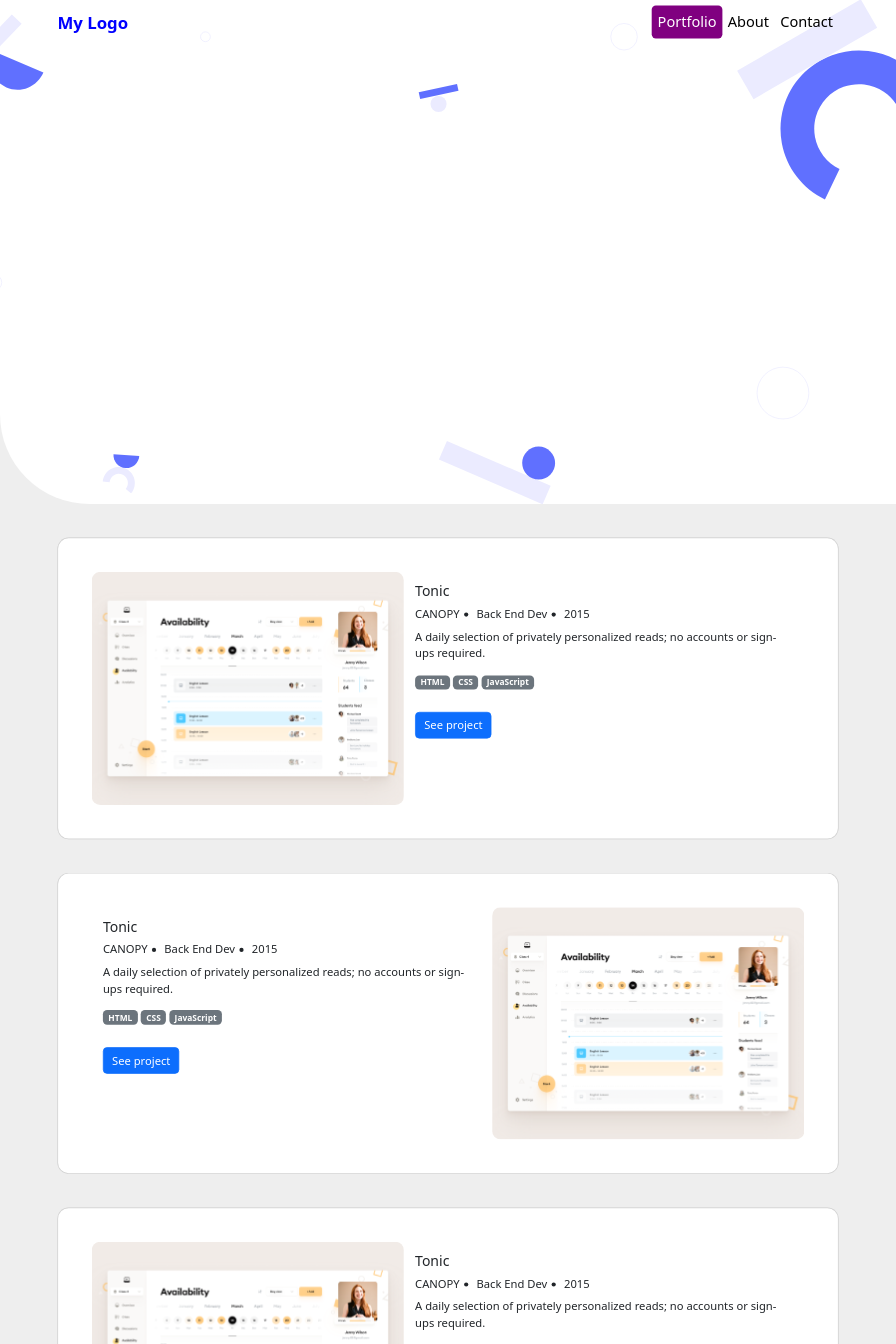
Repository: waelelsafty07/Bootstrap-Portfolio
Page: index.html
The author's editor kept a copy of each file at every save. The page is drawn from the files as they stood at one save, then again after the next save.
The browser window is 1280 px wide. The pictures show the part of the page from y = 0 to 1920 px (the page is 2682 px tall), at 70% of full size.

Above is the page before, as saved 2023-04-04 17:42:12.

### index.html
<!DOCTYPE html>
<html lang="en">
<head>
    <meta charset="UTF-8">
    <meta http-equiv="X-UA-Compatible" content="IE=edge">
    <meta name="viewport" content="width=device-width, initial-scale=1.0">
    <title>Portfolio</title>
    <link rel="stylesheet" href="css/bootstrap.min.css"/>
    <link rel="stylesheet" href="styles.css"/>
</head>
<body>
    <header>
        <nav id="navbar" class="navbar fixed-top navbar-expand-lg navbar-light">
            <div class="container">
              <a class="navbar-brand" href="#">My Logo</a>
              <button class="navbar-toggler" type="button" data-bs-toggle="collapse" data-bs-target="#navbarNav" aria-controls="navbarNav" aria-expanded="false" aria-label="Toggle navigation">
                <span class="navbar-toggler-icon"></span>
              </button>
              <div class="collapse navbar-collapse flex-row-reverse" id="navbarNav">
                <ul class="navbar-nav nav-pills">
                  <li class="nav-item">
                    <a class="nav-link active" aria-current="page" href="#works">Portfolio</a>
                  </li>
                  <li class="nav-item">
                    <a class="nav-link" href="#">About</a>
                  </li>
                  <li class="nav-item">
                    <a class="nav-link" href="#">Contact</a>
                  </li>
                </ul>
              </div>
            </div>
          </nav>
    </header>
    <main data-bs-spy="scroll" data-bs-target="#navbar" data-bs-offset="0" class="scrollspy-example" tabindex="0">
      <section id="works" class="works m-5">
        <div class="container">
          <div class="card flex-row p-5 rounded-4">
            <img src="images/Snapshoot Portfolio (1).svg" class="card-img-top w-50" alt="...">
            <div class="card-body">
              <h5 class="card-title mb-2">Tonic</h5>
              <ul class="d-flex p-0 my-2">
                <li class="list-unstyled">CANOPY</li>
                <li class="ms-4">Back End Dev</li>
                <li class="ms-4">2015</li>
              </ul>
              <p class="card-text my-2">A daily selection of privately personalized reads; no accounts or sign-ups required.</p>
              <ul class="list-unstyled my-3">
                <li class="badge bg-secondary">HTML</li>
                <li class="badge bg-secondary">CSS</li>
                <li class="badge bg-secondary">JavaScript</li>
              </ul>
              <a href="#" class="btn btn-primary mt-3">See project</a>
            </div>
          </div>
          <div class="card flex-row-reverse p-5 rounded-4 mt-5">
            <img src="images/Snapshoot Portfolio (1).svg" class="card-img-top w-50" alt="...">
            <div class="card-body">
              <h5 class="card-title mb-2">Tonic</h5>
              <ul class="d-flex p-0 my-2">
                <li class="list-unstyled">CANOPY</li>
                <li class="ms-4">Back End Dev</li>
                <li class="ms-4">2015</li>
              </ul>
              <p class="card-text my-2">A daily selection of privately personalized reads; no accounts or sign-ups required.</p>
              <ul class="list-unstyled my-3">
                <li class="badge bg-secondary">HTML</li>
                <li class="badge bg-secondary">CSS</li>
                <li class="badge bg-secondary">JavaScript</li>
              </ul>
              <a href="#" class="btn btn-primary mt-3">See project</a>
            </div>
          </div>
          <div class="card flex-row p-5 rounded-4 mt-5">
            <img src="images/Snapshoot Portfolio (1).svg" class="card-img-top w-50" alt="...">
            <div class="card-body">
              <h5 class="card-title mb-2">Tonic</h5>
              <ul class="d-flex p-0 my-2">
                <li class="list-unstyled">CANOPY</li>
                <li class="ms-4">Back End Dev</li>
                <li class="ms-4">2015</li>
              </ul>
              <p class="card-text my-2">A daily selection of privately personalized reads; no accounts or sign-ups required.</p>
              <ul class="list-unstyled my-3">
                <li class="badge bg-secondary">HTML</li>
                <li class="badge bg-secondary">CSS</li>
                <li class="badge bg-secondary">JavaScript</li>
              </ul>
              <a href="#" class="btn btn-primary mt-3">See project</a>
            </div>
          </div>
          <div class="card flex-row-reverse p-5 rounded-4 mt-5">
            <img src="images/Snapshoot Portfolio (1).svg" class="card-img-top w-50" alt="...">
            <div class="card-body">
              <h5 class="card-title mb-2">Tonic</h5>
              <ul class="d-flex p-0 my-2">
                <li class="list-unstyled">CANOPY</li>
                <li class="ms-4">Back End Dev</li>
                <li class="ms-4">2015</li>
              </ul>
              <p class="card-text my-2">A daily selection of privately personalized reads; no accounts or sign-ups required.</p>
              <ul class="list-unstyled my-3">
                <li class="badge bg-secondary">HTML</li>
                <li class="badge bg-secondary">CSS</li>
                <li class="badge bg-secondary">JavaScript</li>
              </ul>
              <a href="#" class="btn btn-primary mt-3">See project</a>
            </div>
          </div>
        </div>

      </section>
    </main>

    <script src="js/bootstrap.bundle.min.js"></script>
</body>
</html>

### styles.css
body {
  background-color: #eee;
}

header {
  background-color: #fff;
  background-image: url("images/Header\ bg.svg");
  background-repeat: no-repeat;
  background-position: center;
  height: 100vh;
  border-bottom-left-radius: 8rem;
}
nav .navbar-brand {
  font-weight: bold;
  font-size: 1.5rem;
  color: blue;
}
nav .nav-link {
  font-weight: 500;
  font-size: 1.3rem;
  color: #000;
}

.nav-pills .nav-link.active {
  background-color: purple;
  color: white;
}

Loaded but not shown: css/bootstrap.min.css (library); js/bootstrap.bundle.min.js (library)

After the next save:
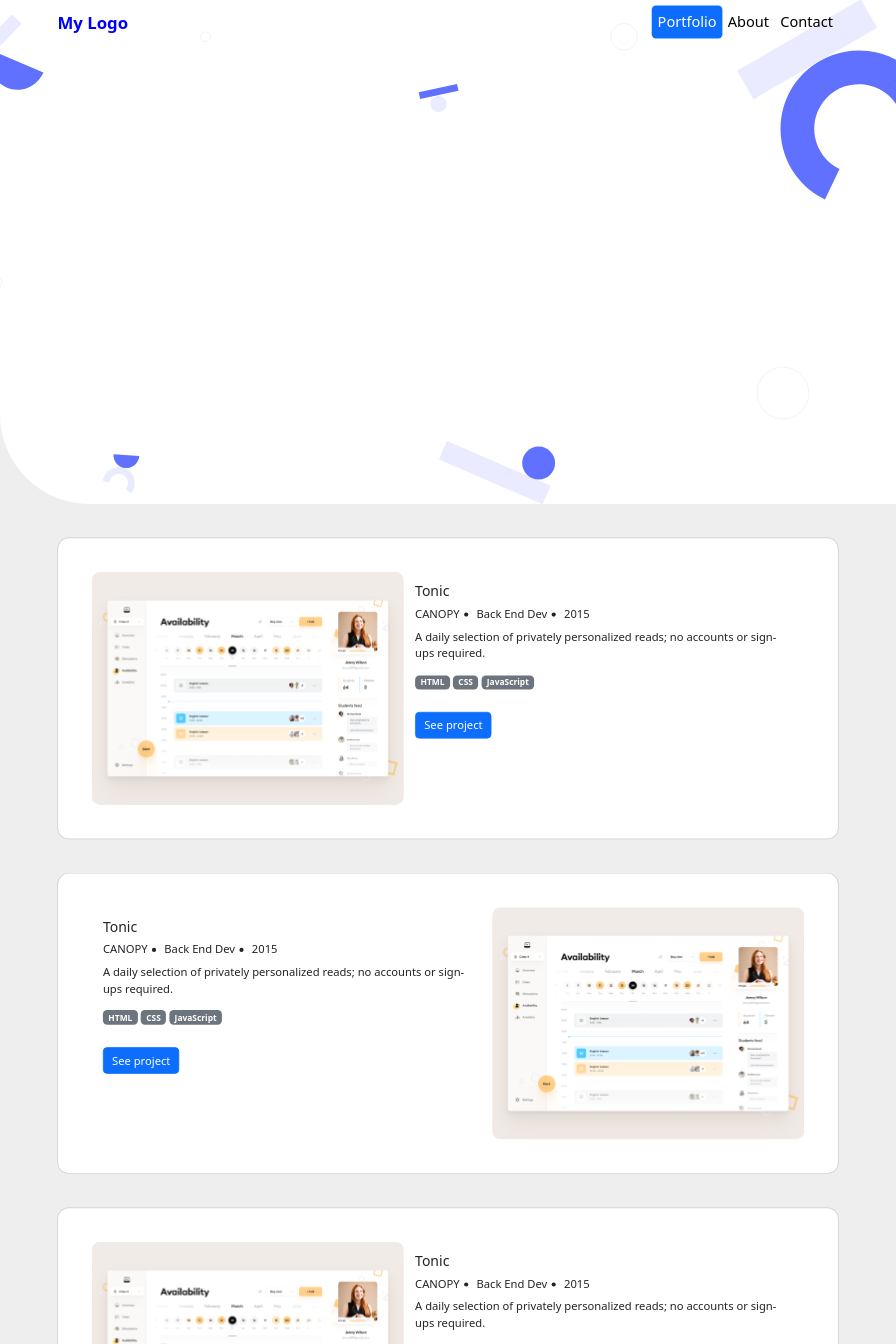
Saved 4 s later.
--- a/styles.css
+++ b/styles.css
@@ -22,6 +22,5 @@ nav .nav-link {
 }
 
 .nav-pills .nav-link.active {
-  background-color: purple;
   color: white;
 }
